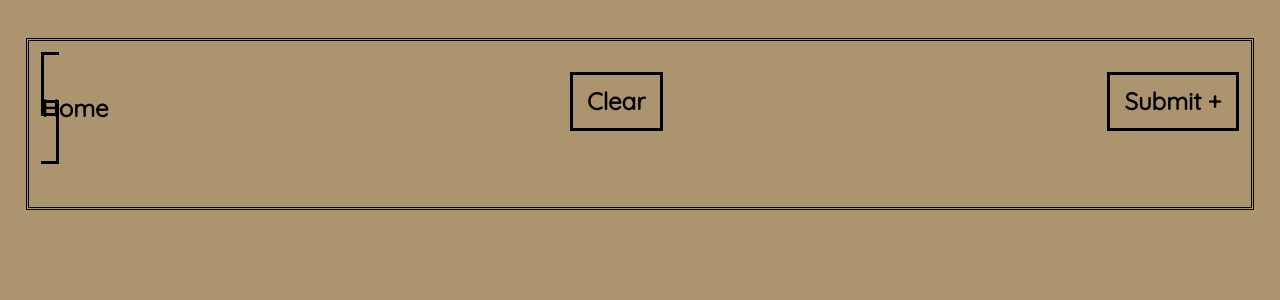
Repository: rickypcyt/ricky-react-portfolio
Page: /WebMural
The author's editor kept a copy of each file at every save. The page is drawn from the files as they stood at one save, then again after a run of saves.
The browser window is 1280 px wide. The pictures show the whole page.
The project was rebuilt for these pictures with package versions that can differ from the ones it lists, and the page was loaded fresh each time. Also part of the build but not shown: src/Content.js, src/pages/Info.js, src/pages/Projects.js, src/pages/Contact.js, src/pages/NotesJS.js.

Above is the page before, as saved 2022-09-12 15:02:36.

After the next 2 saves:
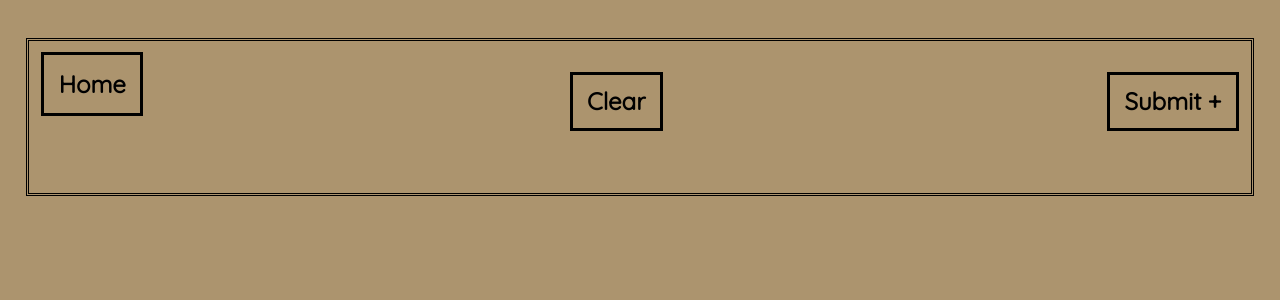
The 2 saves are shown as one change because they came seconds apart.
The last was saved 17 s later.
--- a/src/pages/WebMural.js
+++ b/src/pages/WebMural.js
@@ -32,7 +32,7 @@ const UploadAndDisplayImage = () => {
       <nav className="cabeceranavi">
         <ol>
           <CustomLink to="/" className="oli">
-            <li>Home</li>
+            Home
           </CustomLink>
           <nav className="oli" onClick={() => handleImageChange(null)}>
             Clear
